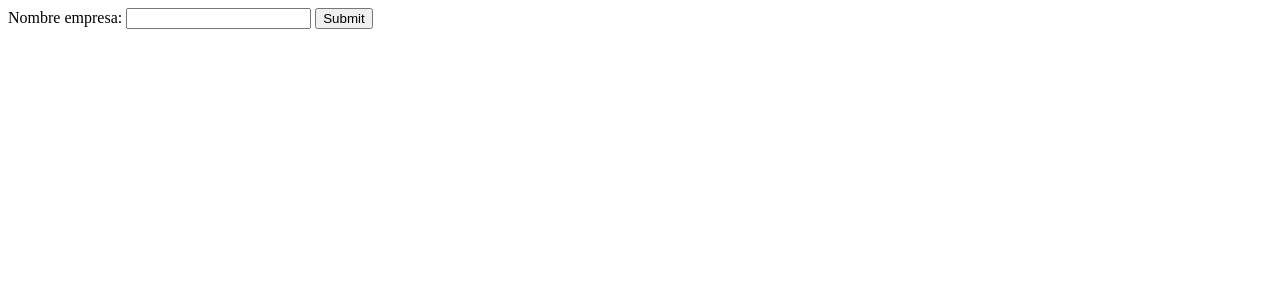
Repository: vtorres65/Crud_Servlet
Page: http://localhost/gerenciador/formNuevaEmpresa.jsp
These files come from the project's save history. The page is drawn as it stood at one moment and after the next save; the edit follows.
The browser window is 1280 px wide. The pictures show the whole page.
The page is served by Tomcat 10.

Above is the page before, as saved 2023-05-04 02:03:04.

After the next save:
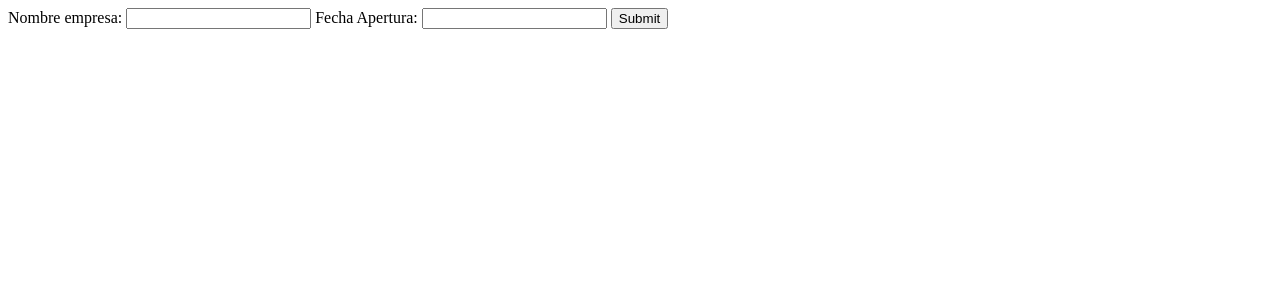
Saved 3 min 22 s later.
--- a/gerenciador/src/main/webapp/formNuevaEmpresa.jsp
+++ b/gerenciador/src/main/webapp/formNuevaEmpresa.jsp
@@ -10,6 +10,7 @@
 	<form action="${ linkServletNuevaEmpresa }" method="post">
 
 	Nombre empresa: <input type="text" name="nombre"/>
+	Fecha Apertura: <input type="text" name="fecha"/>
 
 	<input type="submit"/>
 
